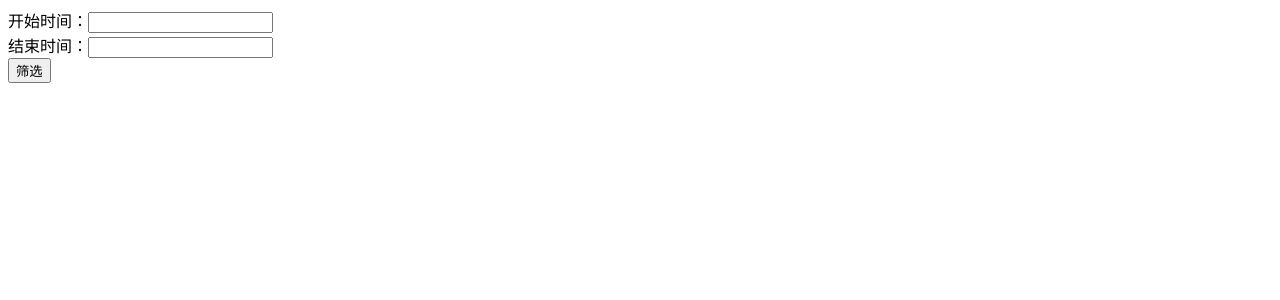
Repository: ruanhuabin/IntelliEyeShade
Page: http://localhost/IntelliEyeShade/statistics/statistics_filter.jsp
An editor plug-in stored every save of this project. The page is shown before and after the next save, followed by the edit.
The browser window is 1280 px wide. The pictures show the whole page.
The page is served by Tomcat 9. Nobody is signed in. The application's start-up code is not run. Other server files are loaded and not shown.

Above is the page before, as saved 2016-11-21 08:38:40.

### IntelliEyeShade/WebRoot/statistics/statistics_filter.jsp
<%@ page language="java" import="java.util.*" contentType="text/html; charset=utf-8" %>
<%@ taglib prefix="s" uri="/struts-tags"%>
<%
String path = request.getContextPath();
String basePath = request.getScheme()+"://"+request.getServerName()+":"+request.getServerPort()+path+"/";
%>
<!DOCTYPE html>
<html>
	<meta http-equiv="content-type" content="text/html;charset=UTF-8">
	<link rel="stylesheet" type="text/css" href="../css/default.css" />
<head>
<script type="text/javascript">
function check()
{
	alert("check body");
	return false;
}
</script>

</head>


<body>


<script type="text/javascript" src="../js/Calendar3.js"></script>
<form name="filter" action="<%=path%>/statistics/Statistics_query.action" method="post">
开始时间：<input name="starttime" type="text" id="control_date" size="20"
      maxlength="10" onclick="new Calendar().show(this);" readonly="readonly" />
<br>
结束时间：<input name="endtime" type="text" id="control_date" size="20"
      maxlength="10" onclick="new Calendar().show(this);" readonly="readonly" />
<br>
<input type="submit" value="筛选"/>
</form>

</body>
</html>

### IntelliEyeShade/WebRoot/css/default.css
/* 基本样式 */


/* 去掉图片、表单边框 */
img, form {
	margin:0;
	padding:0;
	border:0;
}

/* 超链接 */
a {
	text-decoration: none;
}
a:link, a:visited {
	color:#063685;
	text-decoration:none;
}
a:hover, a:active {
	color:#FF5500;
	text-decoration:underline;
}

/* 表格 */
table.default {
	border:1px solid #0283c5;
	border-collapse:collapse;
	margin-top:5px;
}
table.default td, table.default tr.style1 td {
	padding:2 5 2 5;
	height:26px;
	border:1px solid #ffffff;
}
table.default tr, table.default tr.style1{
	background-color:#f0f0f0;
}
table.default tr.style0{
	background-color:#dfdfdf;
}
table.default tr.title td, table.default tr.ltitle td {
	font-weight:bold;
	background:#0283c5;
	color:#ffffff;
	border:1px solid #ffffff;
	white-space:nowrap;
	height:26px;
	line-height:26px;
	vertical-align:middle;
}
table.default tr.ltitle td {
	text-align:left;
}
table.default tr.title td {
	text-align:center;
	line-height:26px;
	vertical-align:middle;
}
table.default tr.subtitle td ,table.default tr.lsubtitle td {
	font-weight:bold;
	background:#69f;
	color:#ffffff;
	border:1px solid #ffffff;
	white-space:nowrap;
	height:26px;
	line-height:26px;
	vertical-align:middle;
}
table.default tr.lsubtitle td {
	text-align:left;
}
table.default tr.subtitle td {
	text-align:center;
}

table.default tr.strong td {
	font-weight:bold;
	background:#DDD;
}

table.default tr.stronghl td {
	font-weight:bold;
	background:#FFCC99;
	text-align:center;
}

table.default tr.hl td {
	background:#ffffcc/*#FFFF99*/;
}

table.default td.item {
	font-weight:bold;
	color:#333333;
	text-align:right;
}

table.default td.text {
	line-height:150%;
}

table.default td.opt {
	background:#FFFF99;
	padding-right:10px;
}

table.explain {
	margin-top:5px;
	margin-bottom:5px;
}
table.explain td {
	font-family:宋体;
	font-size:12px;
	border:1px solid #333333;
	background:#f0f0f0;
	padding:8px;
	line-height:120%;
}

table.pages {
	border:0;
}
table.pages td {
	height:26px;
}

table.reswb {
	border:1px solid #0283c5;
	border-collapse:collapse;
	margin-top:10px;
}

table.reswb tr.title td {
	padding:2 5 2 5;
	font-weight:bold;
	background:#0283c5;
	color:#ffffff;
	border:1px solid #ffffff;
	white-space:nowrap;
	height:26px;
	line-height:26px;
	vertical-align:middle;
}

table.default tr.list{
	text-align: center;
	line-height:26px;
	vertical-align:middle;
}

/* 普通信息 */
div.info {
	padding:5px 5px 5px 2px;
	margin-top:10px;
}

/* 前台导航用 */
.tdnormal {
	border-bottom:1px solid white;
}

.tdselected {
	border:1px solid white;
	border-bottom:0;
	font-weight:bold;
}
.navtab td {
	height:30px;
	color:white;
	font-size:9pt;
	text-align:center;
}
a.navbar, a.navbar:visited, a.navbar:active {text-decoration: none;color:#FFF;}
a.navbar:hover {text-decoration: underline;color:#FFF;}


/* 错误信息 */
.errorBox {
	border:1px solid #ff0000;
	padding:5px;
	background:#FFCCCC;
}
.errorMessage {
	color:#cc0000;
}
ul {
	margin-left:30px;
	margin-top:0;
	margin-bottom:0;
}

/* 分页页码样式 */
.selectedPage {
	border:1px solid #999999;
	background:#ffffcc;
	color:#000000;
	padding:0 3px 2px 3px;
}
.noSelectedPage {
	padding:0 3px 0 3px;
}
a.page {
	font-size:12px;
	text-decoration: none;
}
a.page:link, a.page:visited {
	color:#0044DD;
	text-decoration:none;
}
a.page:hover, a.page:active {
	color:#FF5500;
	text-decoration:none;
}

/* 表单元素样式 */
.input_text {
	width:200px;
	margin-right:5px;
}
.notNull {
	color:red;
}
.notice {
	color:#20A8F0;
}

/* 后台任务链接样式 */
a.navlink {
	font-family:宋体;
	height:25px;
	font-weight:normal;
	letter-spacing:1px;
	padding:4 5 0 5;
	background:#e0e0e0;
	border:2px outset;
	FILTER: progid:DXImageTransform.Microsoft.Gradient(GradientType=0, StartColorStr=#ffffff, EndColorStr=#20A8F0);
}

a.navlink {text-decoration: none;color:#000000;}
a.navlink:visited {text-decoration: none;color:#000000;}
a.navlink:active {text-decoration: none;color:#0044DD;}
a.navlink:hover {text-decoration: none;color:#FF5500;}

/* 操作按钮 */
div.oper {
	margin:5px;
	text-align:right;
}

div.oper input {
	margin-left:5px;
	margin-right:5px;
}

/* 背景色 */
.fbg {
	background:#065FB9;
}
.bbg {
	background:#04477C;
}

/* tooltip */
/*
span.tip {
	cursor:default;
}
#tooltip {
	position: absolute;
	z-index: 3000;
	border: 1px solid #111;
	background-color: #eee;
	padding: 5px;
	opacity: 0.85;
}
#tooltip h3, #tooltip div {
	font-size:12px;
	margin: 0;
}
*/

/* 特殊高亮文本 */
span.spec {
	color:#003399;
}

/* 特殊灰色文本 */
span.gray {
	color:#666;
}

/* 黄色背景 */
.bg1 {
	background:#FFCC99;/*#FFFF99;*/
}

/* 绿色背景 */
.bg2 {
	background:#99CC99;
}

/* 文章样式 */

div.title {
	font-size:16px;
	font-weight:bold;
	background:#FFFF99;
	border-bottom:2px solid #000;
	padding:5px;
	margin-bottom:10px;
}

div.content {
	font-size:14px;
	line-height:150%;
}

div.faq-q {
	padding:5px;
	background:#DDD;
	font-weight:bold;
}

div.faq-a {
	padding:5px;
	line-height:150%;
	font-size:16px;
}

/* 问卷样式 */
.option {
	margin-right:10px;
}

.answer {
	background:#060;
	color:white;
	font-weight:bold;
	padding:2px;
}

table.stat {
	border-collapse:collapse;
}
table.stat td {
	border:0;
	padding-left:20px;
}
hr.percent {
	height:10px;
	color:#093;
	border:1px solid black;
}

td.indent {
	padding-left:10px;
}

#page_explain {
	display:none;
}

#navDiv {
	color:#333;
	padding-left:10px;
	line-height:30px;
	background:#CCFF99;
	border-bottom:1px solid #065FB9;
	height:30px;
	padding-top:6px;
}
/*--------分页样式-----------*/
.pager-top {
    overflow:hidden;
    padding:5px 10px 0;
    color:#333333;
    font-family:Tahoma,Verdana,sans-serif,simsun;
    font-size:12px;
    margin-top:10px;
    border-bottom:1px solid #D8DFEA;
}
.pager-top span {
    float:left;
    padding-bottom:6px;
}
.pagerpro {
    float:right;
    list-style-image:none;
    list-style-position:outside;
    list-style-type:none;
    margin:0;
    padding:0;
}
.pagerpro li {
    display:inline;
    float:left;
}
.pagerpro li a.chn {
    font-size:12px;
}
.pagerpro li a {
    display:block;
    font-size:11px;
    padding:3px 3px 2px;
    color:#005EAC;
    text-decoration:none;
}
.pagerpro li a.chn:hover {
    border-bottom:1px solid #005EAC;
}
.pagerpro li a:hover {
    background:#005EAC none repeat scroll 0 0;
    border-bottom:2px solid #005EAC;
    border-color:#D8DFEA #D8DFEA #005EAC;
    color:#FFFFFF;
    text-decoration:none;
}
.pagerpro li.current a, .pagerpro li.current a:hover {
    background:transparent none repeat scroll 0 0;
    border-bottom:2px solid #005EAC;
    border-color:#005EAC;
    color:#005EAC;
    font-weight:700;
    padding-left:2px;
    padding-right:2px;
}
.marquee_txt{
	font-size:12px;
	font-family:"微软雅黑";
	margin-top:5px;
	margin-left:auto;
    margin-right:auto;
    width:222px;
}

### IntelliEyeShade/WebRoot/js/Calendar3.js

/////////////////////////调用实例
//        <div>
//                <span>交易查询：</span> <span>从
//                    <input name="control_date" type="text" id="control_date" size="10"
//                        maxlength="10" onclick="new Calendar().show(this);" readonly="readonly" />
//                    <input type="button" name="button" id="button" value="button" onclick="new Calendar().show(this.form.control_date);" /></span>
//                <span>至
//                    <input name="control_date2" type="text" id="control_date2" size="10"
//                        maxlength="10" onclick="new Calendar().show(this);" readonly="readonly" />
//                    <input type="button" name="button" id="button1" value="button" onclick="new Calendar().show(this.form.control_date2);" /></span>

//        </div>


/**
 * Calendar
 * @param   beginYear           1990
 * @param   endYear             2010
 * @param   language            0(zh_cn)|1(en_us)|2(en_en)|3(zh_tw)
 * @param   patternDelimiter    "-"
 * @param   date2StringPattern  "yyyy-MM-dd"
 * @param   string2DatePattern  "ymd"
 * @version 1.0 build 2006-04-01
 * @version 1.1 build 2006-12-17
 * @author  KimSoft (jinqinghua [at] gmail.com)
 * NOTE!    you can use it free, but keep the copyright please
 * IMPORTANT:you must include this script file inner html body elment
 */
function Calendar(beginYear, endYear, language, patternDelimiter, date2StringPattern, string2DatePattern) {
	this.beginYear = beginYear || 1990;
	this.endYear   = endYear   || 2020;
	this.language  = language  || 0;
	this.patternDelimiter = patternDelimiter     || "-";
	this.date2StringPattern = date2StringPattern || Calendar.language["date2StringPattern"][this.language].replace(/\-/g, this.patternDelimiter);
	this.string2DatePattern = string2DatePattern || Calendar.language["string2DatePattern"][this.language];

	this.dateControl = null;
	this.panel  = this.getElementById("__calendarPanel");
	this.iframe = window.frames["__calendarIframe"];
	this.form   = null;

	this.date = new Date();
	this.year = this.date.getFullYear();
	this.month = this.date.getMonth();

	this.colors = {"bg_cur_day":"#00CC33","bg_over":"#EFEFEF","bg_out":"#FFCC00"}
};

Calendar.language = {
	"year"   : ["\u5e74", "", "", "\u5e74"],
	"months" : [
				["\u4e00\u6708","\u4e8c\u6708","\u4e09\u6708","\u56db\u6708","\u4e94\u6708","\u516d\u6708","\u4e03\u6708","\u516b\u6708","\u4e5d\u6708","\u5341\u6708","\u5341\u4e00\u6708","\u5341\u4e8c\u6708"],
				["JAN","FEB","MAR","APR","MAY","JUN","JUL","AUG","SEP","OCT","NOV","DEC"],
				["JAN","FEB","MAR","APR","MAY","JUN","JUL","AUG","SEP","OCT","NOV","DEC"],
				["\u4e00\u6708","\u4e8c\u6708","\u4e09\u6708","\u56db\u6708","\u4e94\u6708","\u516d\u6708","\u4e03\u6708","\u516b\u6708","\u4e5d\u6708","\u5341\u6708","\u5341\u4e00\u6708","\u5341\u4e8c\u6708"]
				],
	"weeks"  : [["\u65e5","\u4e00","\u4e8c","\u4e09","\u56db","\u4e94","\u516d"],
				["Sun","Mon","Tur","Wed","Thu","Fri","Sat"],
				["Sun","Mon","Tur","Wed","Thu","Fri","Sat"],
				["\u65e5","\u4e00","\u4e8c","\u4e09","\u56db","\u4e94","\u516d"]
		],
	"clear"  : ["\u6e05\u7a7a", "Clear", "Clear", "\u6e05\u7a7a"],
	"today"  : ["\u4eca\u5929", "Today", "Today", "\u4eca\u5929"],
	"close"  : ["\u5173\u95ed", "Close", "Close", "\u95dc\u9589"],
	"date2StringPattern" : ["yyyy-MM-dd", "yyyy-MM-dd", "yyyy-MM-dd", "yyyy-MM-dd"],
	"string2DatePattern" : ["ymd","ymd", "ymd", "ymd"]
};

Calendar.prototype.draw = function() {
	calendar = this;

	var _cs = [];
	_cs[_cs.length] = '<form id="__calendarForm" name="__calendarForm" method="post">';
	_cs[_cs.length] = '<table id="__calendarTable" width="100%" border="0" cellpadding="3" cellspacing="1" align="center">';
	_cs[_cs.length] = ' <tr>';
	_cs[_cs.length] = '  <th><input class="l" name="goPrevMonthButton" type="button" id="goPrevMonthButton" value="&lt;" \/><\/th>';
	_cs[_cs.length] = '  <th colspan="5"><select class="year" name="yearSelect" id="yearSelect"><\/select><select class="month" name="monthSelect" id="monthSelect"><\/select><\/th>';
	_cs[_cs.length] = '  <th><input class="r" name="goNextMonthButton" type="button" id="goNextMonthButton" value="&gt;" \/><\/th>';
	_cs[_cs.length] = ' <\/tr>';
	_cs[_cs.length] = ' <tr>';
	for(var i = 0; i < 7; i++) {
		_cs[_cs.length] = '<th class="theader">';
		_cs[_cs.length] = Calendar.language["weeks"][this.language][i];
		_cs[_cs.length] = '<\/th>';
	}
	_cs[_cs.length] = '<\/tr>';
	for(var i = 0; i < 6; i++){
		_cs[_cs.length] = '<tr align="center">';
		for(var j = 0; j < 7; j++) {
			switch (j) {
				case 0: _cs[_cs.length] = '<td class="sun">&nbsp;<\/td>'; break;
				case 6: _cs[_cs.length] = '<td class="sat">&nbsp;<\/td>'; break;
				default:_cs[_cs.length] = '<td class="normal">&nbsp;<\/td>'; break;
			}
		}
		_cs[_cs.length] = '<\/tr>';
	}
	_cs[_cs.length] = ' <tr>';
	_cs[_cs.length] = '  <th colspan="2"><input type="button" class="b" name="clearButton" id="clearButton" \/><\/th>';
	_cs[_cs.length] = '  <th colspan="3"><input type="button" class="b" name="selectTodayButton" id="selectTodayButton" \/><\/th>';
	_cs[_cs.length] = '  <th colspan="2"><input type="button" class="b" name="closeButton" id="closeButton" \/><\/th>';
	_cs[_cs.length] = ' <\/tr>';
	_cs[_cs.length] = '<\/table>';
	_cs[_cs.length] = '<\/form>';

	this.iframe.document.body.innerHTML = _cs.join("");
	this.form = this.iframe.document.forms["__calendarForm"];

	this.form.clearButton.value = Calendar.language["clear"][this.language];
	this.form.selectTodayButton.value = Calendar.language["today"][this.language];
	this.form.closeButton.value = Calendar.language["close"][this.language];

	this.form.goPrevMonthButton.onclick = function () {calendar.goPrevMonth(this);}
	this.form.goNextMonthButton.onclick = function () {calendar.goNextMonth(this);}
	this.form.yearSelect.onchange = function () {calendar.update(this);}
	this.form.monthSelect.onchange = function () {calendar.update(this);}

	this.form.clearButton.onclick = function () {calendar.dateControl.value = "";calendar.hide();}
	this.form.closeButton.onclick = function () {calendar.hide();}
	this.form.selectTodayButton.onclick = function () {
		var today = new Date();
		calendar.date = today;
		calendar.year = today.getFullYear();
		calendar.month = today.getMonth();
		calendar.dateControl.value = today.format(calendar.date2StringPattern);
		calendar.hide();
	}
};

Calendar.prototype.bindYear = function() {
	var ys = this.form.yearSelect;
	ys.length = 0;
	for (var i = this.beginYear; i <= this.endYear; i++){
		ys.options[ys.length] = new Option(i + Calendar.language["year"][this.language], i);
	}
};

Calendar.prototype.bindMonth = function() {
	var ms = this.form.monthSelect;
	ms.length = 0;
	for (var i = 0; i < 12; i++){
		ms.options[ms.length] = new Option(Calendar.language["months"][this.language][i], i);
	}
};

Calendar.prototype.goPrevMonth = function(e){
	if (this.year == this.beginYear && this.month == 0){return;}
	this.month--;
	if (this.month == -1) {
		this.year--;
		this.month = 11;
	}
	this.date = new Date(this.year, this.month, 1);
	this.changeSelect();
	this.bindData();
};

Calendar.prototype.goNextMonth = function(e){
	if (this.year == this.endYear && this.month == 11){return;}
	this.month++;
	if (this.month == 12) {
		this.year++;
		this.month = 0;
	}
	this.date = new Date(this.year, this.month, 1);
	this.changeSelect();
	this.bindData();
};

Calendar.prototype.changeSelect = function() {
	var ys = this.form.yearSelect;
	var ms = this.form.monthSelect;
	for (var i= 0; i < ys.length; i++){
		if (ys.options[i].value == this.date.getFullYear()){
			ys[i].selected = true;
			break;
		}
	}
	for (var i= 0; i < ms.length; i++){
		if (ms.options[i].value == this.date.getMonth()){
			ms[i].selected = true;
			break;
		}
	}
};

Calendar.prototype.update = function (e){
	this.year  = e.form.yearSelect.options[e.form.yearSelect.selectedIndex].value;
	this.month = e.form.monthSelect.options[e.form.monthSelect.selectedIndex].value;
	this.date = new Date(this.year, this.month, 1);
	this.changeSelect();
	this.bindData();
};

Calendar.prototype.bindData = function () {
	var calendar = this;
	var dateArray = this.getMonthViewDateArray(this.date.getFullYear(), this.date.getMonth());
	var tds = this.getElementsByTagName("td", this.getElementById("__calendarTable", this.iframe.document));
	for(var i = 0; i < tds.length; i++) {
  		tds[i].style.backgroundColor = calendar.colors["bg_over"];
		tds[i].onclick = null;
		tds[i].onmouseover = null;
		tds[i].onmouseout = null;
		tds[i].innerHTML = dateArray[i] || "&nbsp;";
		if (i > dateArray.length - 1) continue;
		if (dateArray[i]){
			tds[i].onclick = function () {
				if (calendar.dateControl){
					calendar.dateControl.value = new Date(calendar.date.getFullYear(),
														calendar.date.getMonth(),
														this.innerHTML).format(calendar.date2StringPattern);
				}
				calendar.hide();
			}
			tds[i].onmouseover = function () {this.style.backgroundColor = calendar.colors["bg_out"];}
			tds[i].onmouseout  = function () {this.style.backgroundColor = calendar.colors["bg_over"];}
			var today = new Date();
			if (today.getFullYear() == calendar.date.getFullYear()) {
				if (today.getMonth() == calendar.date.getMonth()) {
					if (today.getDate() == dateArray[i]) {
						tds[i].style.backgroundColor = calendar.colors["bg_cur_day"];
						tds[i].onmouseover = function () {this.style.backgroundColor = calendar.colors["bg_out"];}
						tds[i].onmouseout  = function () {this.style.backgroundColor = calendar.colors["bg_cur_day"];}
					}
				}
			}
		}//end if
	}//end for
};

Calendar.prototype.getMonthViewDateArray = function (y, m) {
	var dateArray = new Array(42);
	var dayOfFirstDate = new Date(y, m, 1).getDay();
	var dateCountOfMonth = new Date(y, m + 1, 0).getDate();
	for (var i = 0; i < dateCountOfMonth; i++) {
		dateArray[i + dayOfFirstDate] = i + 1;
	}
	return dateArray;
};

Calendar.prototype.show = function (dateControl, popuControl) {
	if (this.panel.style.visibility == "visible") {
		this.panel.style.visibility = "hidden";
	}
	if (!dateControl){
		throw new Error("arguments[0] is necessary!")
	}
	this.dateControl = dateControl;
	popuControl = popuControl || dateControl;

	this.draw();
	this.bindYear();
	this.bindMonth();
	if (dateControl.value.length > 0){
		this.date  = new Date(dateControl.value.toDate(this.patternDelimiter, this.string2DatePattern));
		this.year  = this.date.getFullYear();
		this.month = this.date.getMonth();
	}
	this.changeSelect();
	this.bindData();

	var xy = this.getAbsPoint(popuControl);
	this.panel.style.left = xy.x + "px";
	this.panel.style.top = (xy.y + dateControl.offsetHeight) + "px";
	this.panel.style.visibility = "visible";
};

Calendar.prototype.hide = function() {
	this.panel.style.visibility = "hidden";
};

Calendar.prototype.getElementById = function(id, object){
	object = object || document;
	return document.getElementById ? object.getElementById(id) : document.all(id);
};

Calendar.prototype.getElementsByTagName = function(tagName, object){
	object = object || document;
	return document.getElementsByTagName ? object.getElementsByTagName(tagName) : document.all.tags(tagName);
};

Calendar.prototype.getAbsPoint = function (e){
	var x = e.offsetLeft;
	var y = e.offsetTop;
	while(e = e.offsetParent){
		x += e.offsetLeft;
		y += e.offsetTop;
	}
	return {"x": x, "y": y};
};

/**
 * @param   d the delimiter
 * @param   p the pattern of your date
 * @author  meizz
 * @author  kimsoft add w+ pattern
 */
Date.prototype.format = function(style) {
	var o = {
		"M+" : this.getMonth() + 1, //month
		"d+" : this.getDate(),      //day
		"h+" : this.getHours(),     //hour
		"m+" : this.getMinutes(),   //minute
		"s+" : this.getSeconds(),   //second
		"w+" : "\u65e5\u4e00\u4e8c\u4e09\u56db\u4e94\u516d".charAt(this.getDay()),   //week
		"q+" : Math.floor((this.getMonth() + 3) / 3),  //quarter
		"S"  : this.getMilliseconds() //millisecond
	}
	if (/(y+)/.test(style)) {
		style = style.replace(RegExp.$1, (this.getFullYear() + "").substr(4 - RegExp.$1.length));
	}
	for(var k in o){
		if (new RegExp("("+ k +")").test(style)){
			style = style.replace(RegExp.$1, RegExp.$1.length == 1 ? o[k] : ("00" + o[k]).substr(("" + o[k]).length));
		}
	}
	return style;
};

/**
 * @param d the delimiter
 * @param p the pattern of your date
 * @rebuilder kimsoft
 * @version build 2006.12.15
 */
String.prototype.toDate = function(delimiter, pattern) {
	delimiter = delimiter || "-";
	pattern = pattern || "ymd";
	var a = this.split(delimiter);
	var y = parseInt(a[pattern.indexOf("y")], 10);
	//remember to change this next century ;)
	if(y.toString().length <= 2) y += 2000;
	if(isNaN(y)) y = new Date().getFullYear();
	var m = parseInt(a[pattern.indexOf("m")], 10) - 1;
	var d = parseInt(a[pattern.indexOf("d")], 10);
	if(isNaN(d)) d = 1;
	return new Date(y, m, d);
};

document.writeln('<div id="__calendarPanel" style="position:absolute;visibility:hidden;z-index:9999;background-color:#FFFFFF;border:1px solid #666666;width:200px;height:216px;">');
document.writeln('<iframe name="__calendarIframe" id="__calendarIframe" width="100%" height="100%" scrolling="no" frameborder="0" style="margin:0px;"><\/iframe>');
var __ci = window.frames['__calendarIframe'];
__ci.document.writeln('<!DOCTYPE html PUBLIC "-\/\/W3C\/\/DTD XHTML 1.0 Transitional\/\/EN" "http:\/\/www.w3.org\/TR\/xhtml1\/DTD\/xhtml1-transitional.dtd">');
__ci.document.writeln('<html xmlns="http:\/\/www.w3.org\/1999\/xhtml">');
__ci.document.writeln('<head>');
__ci.document.writeln('<meta http-equiv="Content-Type" content="text\/html; charset=utf-8" \/>');
__ci.document.writeln('<title>Web Calendar(UTF-8) Written By KimSoft<\/title>');
__ci.document.writeln('<style type="text\/css">');
__ci.document.writeln('<!--');
__ci.document.writeln('body {font-size:12px;margin:0px;text-align:center;}');
__ci.document.writeln('form {margin:0px;}');
__ci.document.writeln('select {font-size:12px;background-color:#EFEFEF;}');
__ci.document.writeln('table {border:0px solid #CCCCCC;background-color:#FFFFFF}');
__ci.document.writeln('th {font-size:12px;font-weight:normal;background-color:#FFFFFF;}');
__ci.document.writeln('th.theader {font-weight:normal;background-color:#666666;color:#FFFFFF;width:24px;}');
__ci.document.writeln('select.year {width:64px;}');
__ci.document.writeln('select.month {width:60px;}');
__ci.document.writeln('td {font-size:12px;text-align:center;}');
__ci.document.writeln('td.sat {color:#0000FF;background-color:#EFEFEF;}');
__ci.document.writeln('td.sun {color:#FF0000;background-color:#EFEFEF;}');
__ci.document.writeln('td.normal {background-color:#EFEFEF;}');
__ci.document.writeln('input.l {border: 1px solid #CCCCCC;background-color:#EFEFEF;width:20px;height:20px;}');
__ci.document.writeln('input.r {border: 1px solid #CCCCCC;background-color:#EFEFEF;width:20px;height:20px;}');
__ci.document.writeln('input.b {border: 1px solid #CCCCCC;background-color:#EFEFEF;width:100%;height:20px;}');
__ci.document.writeln('-->');
__ci.document.writeln('<\/style>');
__ci.document.writeln('<\/head>');
__ci.document.writeln('<body>');
__ci.document.writeln('<\/body>');
__ci.document.writeln('<\/html>');
__ci.document.close();
document.writeln('<\/div>');
var calendar = new Calendar();
//-->

After the next save:
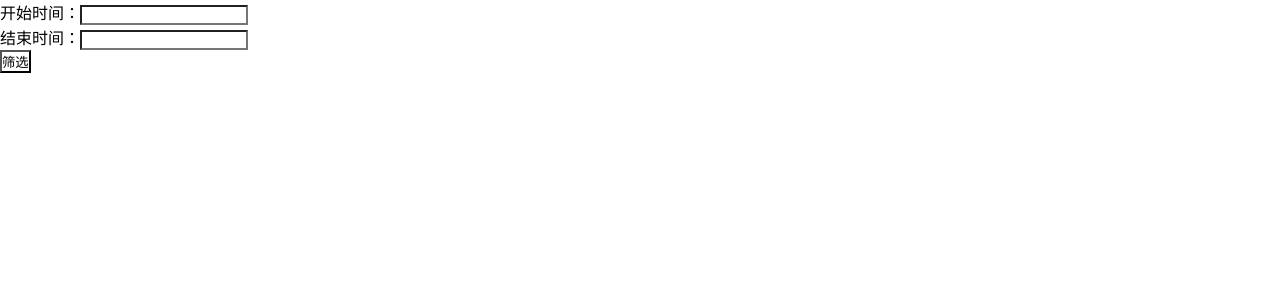
Saved 52 s later.
--- a/IntelliEyeShade/WebRoot/statistics/statistics_filter.jsp
+++ b/IntelliEyeShade/WebRoot/statistics/statistics_filter.jsp
@@ -19,6 +19,73 @@
 
 </head>
 
+<style type="text/css">
+* {
+    background: none repeat scroll 0 0 transparent;
+    border: 1 none;
+    margin: 0;
+    padding: 0;
+    vertical-align: baseline;
+	font-family:微软雅黑;
+	overflow:hidden;
+}
+#navi{
+	width:100%;
+	position:relative;
+	word-wrap:break-word;
+	border-bottom:1px solid #065FB9;
+	margin:0;
+	padding:0;
+	height:40px;
+	line-height:40px;
+	vertical-align:middle;
+    background-image: -moz-linear-gradient(top,#EBEBEB, #BFBFBF);
+    background-image: -webkit-gradient(linear, left top, left bottom, color-stop(0, #EBEBEB),color-stop(1,
+#BFBFBF));
+}
+#naviDiv{
+	font-size:14px;
+	color:#333;
+	padding-left:10px;
+}
+#tips{
+	margin-top:10px;
+	width:100%;
+	height:40px;
+}
+#buttonGroup{
+	padding-left:10px;
+	float:left;
+	height:35px;
+}
+.button{
+	margin-top:20px;
+	padding-left:10px;
+	padding-right:10px;
+	font-size:14px;
+	width:70px;
+	height:30px;
+	line-height:30px;
+	vertical-align:middle;
+	text-align:center;
+	cursor:pointer;
+    border-color: #77D1F6;
+    border-width: 1px;
+    border-style: solid;
+    border-radius: 6px 6px;
+    -moz-box-shadow: 2px 2px 4px #282828;
+    -webkit-box-shadow: 2px 2px 4px #282828;
+    background-image: -moz-linear-gradient(top,#EBEBEB, #BFBFBF);
+    background-image: -webkit-gradient(linear, left top, left bottom, color-stop(0, #EBEBEB),color-stop(1, #BFBFBF));
+}
+#mainContainer{
+	padding-left:10px;
+	padding-right:10px;
+	text-align:left;
+	width:98%;
+	font-size:16px;
+}
+</style>
 
 <body>
 

After the save that followed:
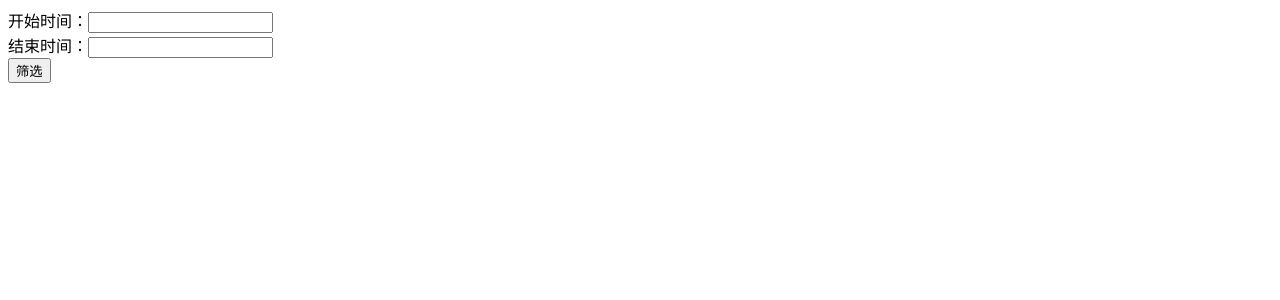
Saved 34 s later.
--- a/IntelliEyeShade/WebRoot/statistics/statistics_filter.jsp
+++ b/IntelliEyeShade/WebRoot/statistics/statistics_filter.jsp
@@ -19,73 +19,7 @@
 
 </head>
 
-<style type="text/css">
-* {
-    background: none repeat scroll 0 0 transparent;
-    border: 1 none;
-    margin: 0;
-    padding: 0;
-    vertical-align: baseline;
-	font-family:微软雅黑;
-	overflow:hidden;
-}
-#navi{
-	width:100%;
-	position:relative;
-	word-wrap:break-word;
-	border-bottom:1px solid #065FB9;
-	margin:0;
-	padding:0;
-	height:40px;
-	line-height:40px;
-	vertical-align:middle;
-    background-image: -moz-linear-gradient(top,#EBEBEB, #BFBFBF);
-    background-image: -webkit-gradient(linear, left top, left bottom, color-stop(0, #EBEBEB),color-stop(1,
-#BFBFBF));
-}
-#naviDiv{
-	font-size:14px;
-	color:#333;
-	padding-left:10px;
-}
-#tips{
-	margin-top:10px;
-	width:100%;
-	height:40px;
-}
-#buttonGroup{
-	padding-left:10px;
-	float:left;
-	height:35px;
-}
-.button{
-	margin-top:20px;
-	padding-left:10px;
-	padding-right:10px;
-	font-size:14px;
-	width:70px;
-	height:30px;
-	line-height:30px;
-	vertical-align:middle;
-	text-align:center;
-	cursor:pointer;
-    border-color: #77D1F6;
-    border-width: 1px;
-    border-style: solid;
-    border-radius: 6px 6px;
-    -moz-box-shadow: 2px 2px 4px #282828;
-    -webkit-box-shadow: 2px 2px 4px #282828;
-    background-image: -moz-linear-gradient(top,#EBEBEB, #BFBFBF);
-    background-image: -webkit-gradient(linear, left top, left bottom, color-stop(0, #EBEBEB),color-stop(1, #BFBFBF));
-}
-#mainContainer{
-	padding-left:10px;
-	padding-right:10px;
-	text-align:left;
-	width:98%;
-	font-size:16px;
-}
-</style>
+
 
 <body>
 
